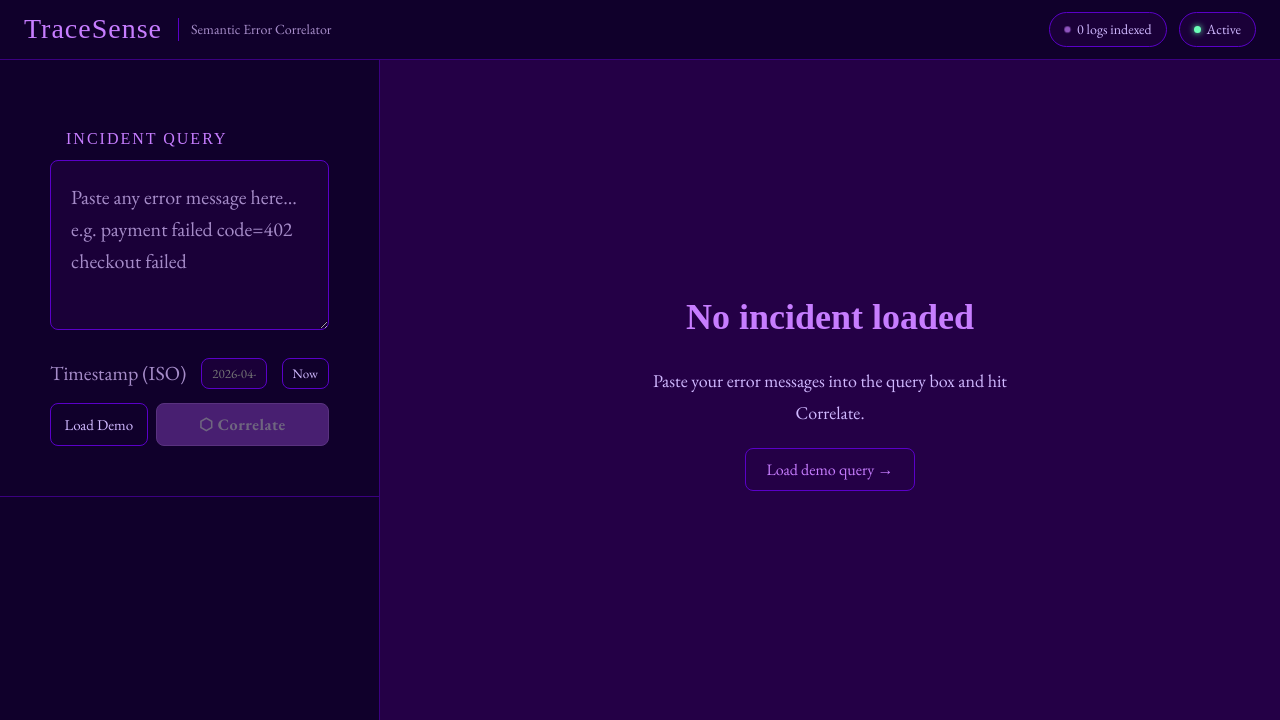
Repository: SaranyaM15/AI_Engineer_Journey
Page: / (app in tracesense/frontend/)
An editor plug-in stored every save of this project. The page is shown before and after the next save, followed by the edit.
The browser window is 1280 px wide. The pictures show the whole page.
The page's requests for data from a server got no answer. Some web fonts or font styles are not loaded; a fallback is used. The project was rebuilt for these pictures with package versions that can differ from the ones it lists, and the page was loaded fresh each time. No one was signed in, and anything a server would have sent is missing. Also part of the build but not shown: tracesense/frontend/vite.config.js, tracesense/frontend/src/components/Timeline.jsx, tracesense/frontend/src/components/LogFeed.jsx.

Above is the page before, as saved 2026-04-05 19:22:09.

### tracesense/frontend/src/index.css
*, *::before, *::after {
  box-sizing: border-box;
  margin: 0;
  padding: 0;
}

html, body, #root {
  height: 100%;
  overflow: hidden;
}

### tracesense/frontend/src/App.jsx
import { useState, useEffect } from "react";
import axios from "axios";
import Timeline from "./components/Timeline";
import QueryPanel from "./components/QueryPanel";
import LogFeed from "./components/LogFeed";
import "./App.css";

const API = "http://localhost:8000";

export default function App() {
  const [query, setQuery] = useState("");
  const [timestamp, setTimestamp] = useState("");
  const [cluster, setCluster] = useState(null);
  const [loading, setLoading] = useState(false);
  const [logCount, setLogCount] = useState(0);
  const [error, setError] = useState(null);
  const [simulatorRunning, setSimulatorRunning] = useState(false);

  useEffect(() => {
    fetchLogCount();
    const interval = setInterval(fetchLogCount, 5000);
    return () => clearInterval(interval);
  }, []);

  async function fetchLogCount() {
    try {
      const res = await axios.get(`${API}/logs/count`);
      setLogCount(res.data.total_logs_stored);
    } catch {
      // backend not reachable yet
    }
  }

  async function runCorrelation() {
    if (!query.trim()) return;
    setLoading(true);
    setError(null);
    setCluster(null);

    const ts = timestamp || new Date().toISOString();

    try {
      const res = await axios.post(`${API}/correlate`, {
        message: query,
        timestamp: ts,
      });
      setCluster(res.data);
    } catch (e) {
      setError("Could not reach backend. Make sure uvicorn is running on :8000");
    } finally {
      setLoading(false);
    }
  }

  function handleDemo() {
    setQuery("payment failed code=402 checkout failed");
    setTimestamp("2026-04-05T11:47:09.002Z");
  }

  return (
    <div className="app">
      {/* Top Bar */}
      <header className="topbar">
        <div className="topbar-left">

          <span className="logo-text">TraceSense</span>
          <span className="logo-sub">Semantic Error Correlator</span>
        </div>
        <div className="topbar-right">
          <div className="stat-pill">
            <span className="stat-dot pulse" />
            <span>{logCount.toLocaleString()} logs indexed</span>
          </div>
          <div className="status-pill">
            <span className="status-dot" />
            <span>Active</span>
          </div>
        </div>
      </header>

      <div className="layout">
        {/* Left Panel */}
        <aside className="left-panel">
          <QueryPanel
            query={query}
            setQuery={setQuery}
            timestamp={timestamp}
            setTimestamp={setTimestamp}
            onCorrelate={runCorrelation}
            onDemo={handleDemo}
            loading={loading}
          />
          {cluster && (
            <LogFeed cluster={cluster} />
          )}
        </aside>

        {/* Main Timeline */}
        <main className="main-panel">
          {!cluster && !loading && (
            <div className="empty-state">
              <div className="empty-icon">⬡</div>
              <h2>No incident loaded</h2>
              <p>
                Paste your error messages into the query box and hit Correlate.

              </p>
              <button className="demo-hint" onClick={handleDemo}>
                Load demo query →
              </button>
            </div>
          )}
          {loading && (
            <div className="empty-state">
              <div className="spinner" />
              <p>Correlating across services...</p>
            </div>
          )}
          {error && (
            <div className="empty-state error-state">
              <p>{error}</p>
            </div>
          )}
          {cluster && !loading && (
            <Timeline cluster={cluster} />
          )}
        </main>
      </div>
    </div>
  );
}

### tracesense/frontend/src/components/QueryPanel.jsx
export default function QueryPanel({
  query, setQuery, timestamp, setTimestamp,
  onCorrelate, onDemo, loading
}) {
  return (
    <div className="query-panel">
      <div className="panel-label">INCIDENT QUERY</div>

      <textarea
        className="query-input"
        placeholder="Paste any error message here...&#10;e.g. payment failed code=402 checkout failed"
        value={query}
        onChange={e => setQuery(e.target.value)}
        rows={4}
      />

      <div className="ts-row">
        <label className="ts-label">Timestamp (ISO)</label>
        <input
          className="ts-input"
          placeholder="2026-04-05T11:47:09.002Z"
          value={timestamp}
          onChange={e => setTimestamp(e.target.value)}
        />
        <button
          className="now-btn"
          onClick={() => setTimestamp(new Date().toISOString())}
        >
          Now
        </button>
      </div>

      <div className="btn-row">
        <button className="demo-btn" onClick={onDemo}>
          Load Demo
        </button>
        <button
          className="correlate-btn"
          onClick={onCorrelate}
          disabled={loading || !query.trim()}
        >
          {loading ? "Correlating..." : "⬡ Correlate"}
        </button>
      </div>


    </div>
  );
}

### tracesense/frontend/src/App.css
@import url('https://fonts.googleapis.com/css2?family=Boldonse&family=EB+Garamond:ital,wght@0,400;0,500;0,600;0,700;1,400&family=JetBrains+Mono:wght@400;500;700&display=swap');

/* ── Variables ── */
:root {
  --bg:         #240046;
  --bg2:        #10002B;
  --bg3:        #1a0038;
  --border:     #3b0080;
  --border2:    #5a00c8;
  --accent:     #c77dff;
  --accent2:    #9d4edd;
  --text:       #f5f0ff;
  --text2:      #d0b8ff;
  --text3:      #a68cc9;
  --mono:       'JetBrains Mono', monospace;
  --garamond:   'EB Garamond', serif;
  --display:    'Boldonse', cursive;
  --error:      #ff6b6b;
  --warn:       #ffd166;
  --info:       #6bffb8;
  --radius:     8px;
}

/* ── Reset ── */
*, *::before, *::after { box-sizing: border-box; margin: 0; padding: 0; }

body {
  background:  var(--bg);
  color:       var(--text);
  font-family: var(--garamond);
  font-size:   16px;
  line-height: 1.6;
  overflow:    hidden;
  height:      100vh;
}

#root { height: 100vh; display: flex; flex-direction: column; }

.app { display: flex; flex-direction: column; height: 100vh; overflow: hidden; }

/* ── Topbar ── */
.topbar {
  display:         flex;
  align-items:     center;
  justify-content: space-between;
  padding:         0 24px;
  height:          60px;
  background:      var(--bg2);
  border-bottom:   1px solid var(--border);
  flex-shrink:     0;
}

.topbar-left { display: flex; align-items: center; gap: 12px; }
.logo-icon   { display: none; }

.logo-text {
  font-family:    var(--display);
  font-size:      28px;
  letter-spacing: 1px;
  color:          var(--accent);
}

.logo-sub {
  color:        var(--text3);
  font-family:  var(--garamond);
  font-size:    14px;
  border-left:  1px solid var(--border2);
  padding-left: 12px;
  margin-left:  4px;
}

.topbar-right { display: flex; align-items: center; gap: 12px; }

.stat-pill, .status-pill {
  display:       flex;
  align-items:   center;
  gap:           6px;
  padding:       5px 14px;
  border-radius: 20px;
  border:        1px solid var(--border2);
  background:    var(--bg3);
  font-family:   var(--garamond);
  font-size:     14px;
  color:         var(--text2);
}

.stat-dot {
  width: 7px; height: 7px;
  border-radius: 50%;
  background: var(--accent);
}

.stat-dot.pulse { animation: dot-pulse 2s ease-in-out infinite; }

@keyframes dot-pulse {
  0%, 100% { opacity: 1; transform: scale(1); }
  50%       { opacity: 0.4; transform: scale(0.8); }
}

.status-dot {
  width: 7px; height: 7px;
  border-radius: 50%;
  background: var(--info);
  box-shadow: 0 0 6px var(--info);
}

/* ── Layout ── */
.layout { display: flex; flex: 1; overflow: hidden; }

/* ── Left Panel ── */
.left-panel {
  width:          380px;
  flex-shrink:    0;
  background:     var(--bg2);
  border-right:   1px solid var(--border);
  display:        flex;
  flex-direction: column;
  overflow:       hidden;
}

.panel-label {
  font-family:    var(--display);
  font-size:      16px;
  letter-spacing: 2px;
  color:          var(--accent);
  padding:        16px 16px 8px;
  display:        flex;
  align-items:    center;
  gap:            8px;
}

.count-badge {
  background:    var(--accent2);
  color:         white;
  border-radius: 10px;
  padding:       2px 9px;
  font-family:   var(--garamond);
  font-size:     13px;
}

/* ── Query Panel ── */
.query-panel {
  padding:       50px;
  border-bottom: 1px solid var(--border);
  flex-shrink:   0;
}

.query-input {
  width:         100%;
  background:    var(--bg3);
  border:        1px solid var(--border2);
  border-radius: var(--radius);
  color:         var(--text);
  font-family:   var(--garamond);
  font-size:     20px;
  padding:       20px 20px;
  resize:        vertical;
  outline:       none;
  transition:    border-color 0.2s;
  line-height:   1.6;
}

.query-input:focus         { border-color: var(--accent); }
.query-input::placeholder  { color: var(--text3); }

.ts-row { display: flex; align-items: center; gap: 15px; margin-top: 20px; }

.ts-label {
  font-family: var(--garamond);
  font-size:   20px;
  color:       var(--text3);
  white-space: nowrap;
}

.ts-input {
  flex:          1;
  background:    var(--bg3);
  border:        1px solid var(--border2);
  border-radius: var(--radius);
  color:         var(--text2);
  font-family:   var(--garamond);
  font-size:     13px;
  padding:       6px 10px;
  outline:       none;
  min-width:     0;
}

.ts-input:focus { border-color: var(--accent); }

.now-btn {
  background:    transparent;
  border:        1px solid var(--border2);
  border-radius: var(--radius);
  color:         var(--text2);
  font-family:   var(--garamond);
  font-size:     13px;
  padding:       6px 10px;
  cursor:        pointer;
  white-space:   nowrap;
  transition:    all 0.15s;
}

.now-btn:hover { border-color: var(--accent); color: var(--accent); }

.btn-row { display: flex; gap: 8px; margin-top: 14px; }

.demo-btn {
  flex:          1;
  background:    transparent;
  border:        1px solid var(--border2);
  border-radius: var(--radius);
  color:         var(--text2);
  font-family:   var(--garamond);
  font-size:     15px;
  padding:       10px;
  cursor:        pointer;
  transition:    all 0.15s;
}

.demo-btn:hover { border-color: var(--accent); color: var(--accent); }

.correlate-btn {
  flex:           2;
  background:     var(--accent2);
  border:         1px solid var(--accent);
  border-radius:  var(--radius);
  color:          white;
  font-family:    var(--garamond);
  font-size:      16px;
  font-weight:    700;
  padding:        10px;
  cursor:         pointer;
  transition:     all 0.15s;
  letter-spacing: 0.5px;
}

.correlate-btn:hover:not(:disabled) {
  background: var(--accent);
  box-shadow: 0 0 20px var(--accent2);
}

.correlate-btn:disabled { opacity: 0.4; cursor: not-allowed; }

/* ── Log Feed ── */
.log-feed { flex: 1; overflow: hidden; display: flex; flex-direction: column; }

.log-list {
  flex: 1; overflow-y: auto; padding: 8px;
  display: flex; flex-direction: column; gap: 6px;
}

.log-list::-webkit-scrollbar       { width: 4px; }
.log-list::-webkit-scrollbar-track { background: transparent; }
.log-list::-webkit-scrollbar-thumb { background: var(--border2); border-radius: 2px; }

.log-card {
  background:    var(--bg3);
  border:        1px solid var(--border);
  border-radius: var(--radius);
  padding:       10px;
  transition:    border-color 0.15s;
  animation:     slide-in 0.3s ease both;
}

@keyframes slide-in {
  from { opacity: 0; transform: translateX(-10px); }
  to   { opacity: 1; transform: translateX(0); }
}

.log-card:hover { border-color: var(--border2); }

.log-card-top { display: flex; align-items: center; gap: 6px; margin-bottom: 5px; }

.log-icon    { font-size: 15px; }
.log-level   { font-family: var(--mono); font-size: 11px; font-weight: 700; letter-spacing: 1px; }
.log-service { flex: 1; font-family: var(--garamond); font-size: 14px; color: var(--text2); }
.log-score   { font-family: var(--garamond); font-size: 14px; color: var(--accent); font-weight: 700; }

.log-message {
  font-family:   var(--garamond);
  font-size:     14px;
  color:         var(--text);
  line-height:   1.5;
  word-break:    break-word;
  margin-bottom: 6px;
}

.log-meta {
  display: flex; justify-content: space-between; align-items: center;
  font-family: var(--garamond); font-size: 12px; color: var(--text3);
}

.score-bars      { display: flex; gap: 8px; }
.score-bars span { color: var(--text3); }

.conf-bar-bg {
  height: 3px; background: var(--border);
  border-radius: 2px; margin-top: 6px; overflow: hidden;
}

.conf-bar-fill {
  height: 100%;
  background: linear-gradient(90deg, var(--accent2), var(--accent));
  border-radius: 2px; transition: width 0.5s ease;
}

/* ── Main Panel ── */
.main-panel {
  flex:        1;
  overflow-y:  auto;
  font-family: var(--garamond);
  font-size:   16px;
  color:       var(--text);
  padding:     28px;
}

.main-panel::-webkit-scrollbar       { width: 5px; }
.main-panel::-webkit-scrollbar-track { background: transparent; }
.main-panel::-webkit-scrollbar-thumb { background: var(--border2); border-radius: 3px; }

/* ── Empty State ── */
.empty-state {
  display: flex; flex-direction: column;
  align-items: center; justify-content: center;
  height: 100%; gap: 18px; text-align: center;
  animation: fade-in 0.4s ease;
}

@keyframes fade-in { from { opacity: 0; } to { opacity: 1; } }

.empty-icon { display: none; }

.empty-state h2 {
  font-family: var(--display);
  font-size:   36px;
  color:       var(--accent);
}

.empty-state p {
  max-width:   420px;
  font-family: var(--garamond);
  color:       var(--text2);
  font-size:   18px;
  line-height: 1.8;
}

.demo-hint {
  background:    transparent;
  border:        1px solid var(--border2);
  border-radius: var(--radius);
  color:         var(--accent);
  font-family:   var(--garamond);
  font-size:     16px;
  padding:       10px 20px;
  cursor:        pointer;
  transition:    all 0.15s;
}

.demo-hint:hover { border-color: var(--accent); box-shadow: 0 0 14px var(--accent2); }

.error-state { color: var(--error); font-size: 16px; }

/* ── Spinner ── */
.spinner {
  width: 40px; height: 40px;
  border: 3px solid var(--border2);
  border-top: 3px solid var(--accent);
  border-radius: 50%;
  animation: spin 0.8s linear infinite;
}

@keyframes spin { to { transform: rotate(360deg); } }

/* ── Timeline ── */
.timeline-wrap {
  display: flex; flex-direction: column;
  gap: 24px; animation: fade-in 0.4s ease;
}

.timeline-header { border-bottom: 1px solid var(--border); padding-bottom: 18px; }

.tl-title {
  font-family:   var(--display);
  font-size:     32px;
  color:         var(--accent);
  display:       flex;
  align-items:   center;
  gap:           14px;
  margin-bottom: 8px;
}

.tl-badge {
  font-family:   var(--garamond);
  font-size:     14px;
  font-weight:   600;
  background:    var(--accent2);
  color:         white;
  padding:       3px 12px;
  border-radius: 10px;
}

.tl-query {
  font-family:   var(--garamond);
  font-size:     15px;
  color:         var(--text2);
  overflow:      hidden;
  text-overflow: ellipsis;
  white-space:   nowrap;
  max-width:     800px;
}

.tl-query em { color: var(--accent); font-style: italic; }

/* ── Swim Lanes ── */
.swim-container { display: flex; flex-direction: column; }

.swim-lane {
  display: flex; align-items: stretch;
  min-height: 90px; border-bottom: 1px solid var(--border);
}

.swim-lane:last-child { border-bottom: none; }

.lane-label {
  width:       180px;
  flex-shrink: 0;
  display:     flex;
  align-items: center;
  gap:         10px;
  padding:     16px 14px;
  border-left: 3px solid transparent;
  font-family: var(--garamond);
  font-size:   15px;
  color:       var(--text2);
  background:  var(--bg2);
}

.lane-dot { width: 9px; height: 9px; border-radius: 50%; flex-shrink: 0; }

.lane-track {
  flex: 1; position: relative; padding: 16px 20px;
  display: flex; flex-direction: column; gap: 12px;
}

.lane-line {
  position: absolute; left: 0; right: 0; top: 50%;
  height: 1px; border-top: 1px dashed;
  pointer-events: none; z-index: 0;
}

.lane-event {
  display: flex; align-items: flex-start;
  gap: 14px; position: relative; z-index: 1;
}

.event-dot {
  width: 16px; height: 16px;
  border-radius: 50%; border: 2px solid;
  flex-shrink: 0; margin-top: 4px;
  cursor: pointer; transition: transform 0.15s;
}

.event-dot:hover { transform: scale(1.4); }

.event-card {
  background:    var(--bg3);
  border:        1px solid var(--border);
  border-left:   3px solid;
  border-radius: var(--radius);
  padding:       10px 14px;
  flex:          1;
  animation:     slide-in 0.3s ease both;
}

.event-card-top {
  display: flex; align-items: center;
  gap: 10px; margin-bottom: 6px;
}

.event-level {
  font-family:    var(--mono);
  font-size:      11px;
  font-weight:    700;
  letter-spacing: 1.5px;
}

.event-time  { font-family: var(--garamond); font-size: 13px; color: var(--text3); }
.event-score { font-family: var(--garamond); font-size: 13px; color: var(--accent); margin-left: auto; font-weight: 600; }

.event-message {
  font-family: var(--garamond);
  font-size:   15px;
  font-weight: 500;
  color:       var(--text);
  word-break:  break-word;
  line-height: 1.6;
}

/* ── Root Cause Banner ── */
.root-cause-banner {
  display:       flex;
  align-items:   center;
  gap:           14px;
  background:    linear-gradient(135deg, #2d0060, #10002b);
  border:        1px solid var(--accent2);
  border-radius: var(--radius);
  padding:       14px 20px;
  box-shadow:    0 0 28px #9d4edd22;
}

.rc-label {
  font-family:    var(--mono);
  color:          var(--accent);
  font-weight:    700;
  letter-spacing: 1px;
  font-size:      11px;
  white-space:    nowrap;
}

.rc-service {
  background:    var(--accent2);
  color:         white;
  padding:       3px 12px;
  border-radius: 10px;
  font-family:   var(--garamond);
  font-size:     14px;
  font-weight:   600;
  white-space:   nowrap;
}

.rc-message {
  flex:          1;
  color:         var(--text2);
  font-family:   var(--garamond);
  font-size:     15px;
  font-weight:   500;
  overflow:      hidden;
  text-overflow: ellipsis;
  white-space:   nowrap;
}

.rc-time {
  color:       var(--text3);
  font-family: var(--garamond);
  font-size:   13px;
  white-space: nowrap;
}

/* ── Canvas ── */
.connector-canvas { z-index: 2; }

Loaded but not shown: tracesense/frontend/src/main.jsx (common file)

After the next save:
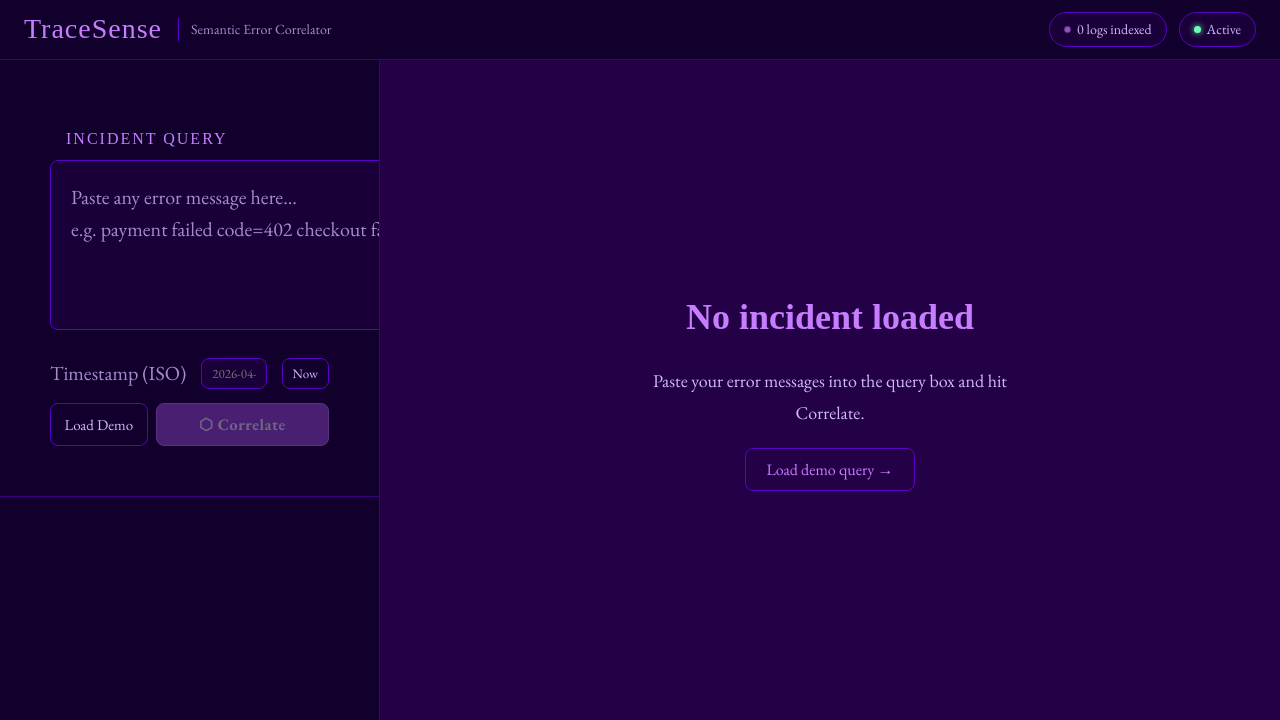
Saved 11 s later.
--- a/tracesense/frontend/src/App.css
+++ b/tracesense/frontend/src/App.css
@@ -146,7 +146,7 @@
 }
 
 .query-input {
-  width:         100%;
+  width:         150%;
   background:    var(--bg3);
   border:        1px solid var(--border2);
   border-radius: var(--radius);

After the save that followed:
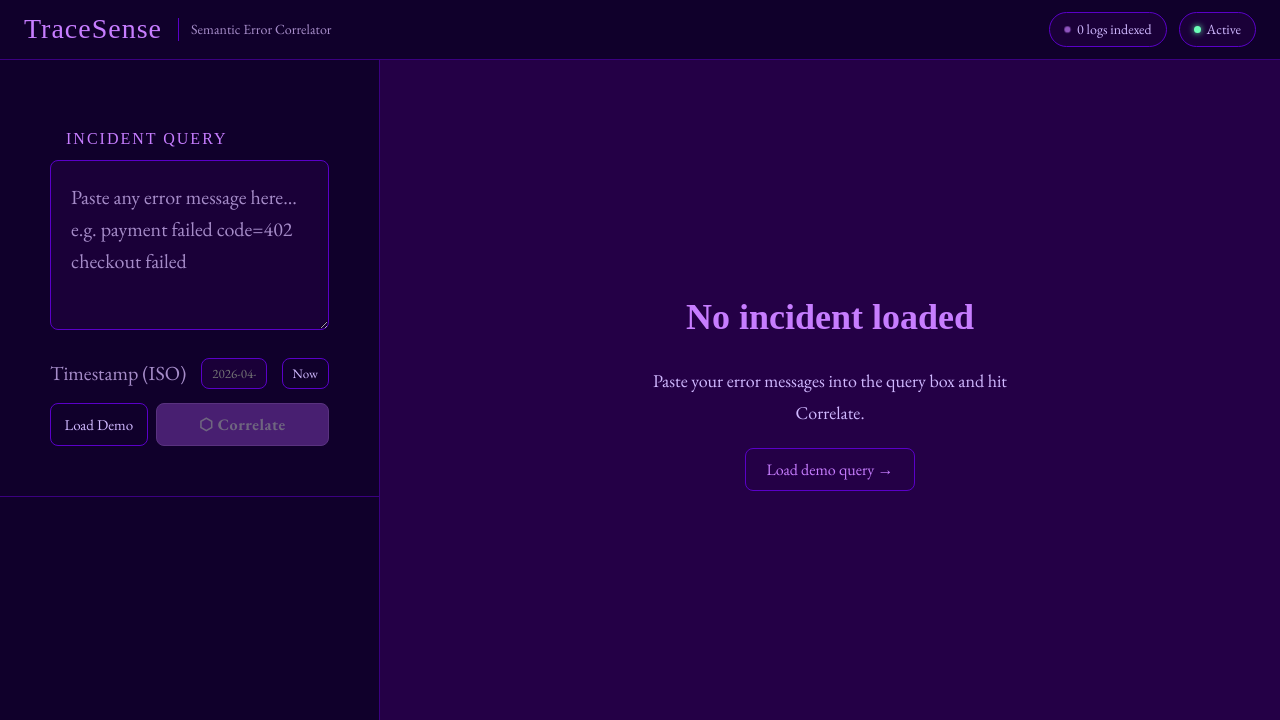
Saved 7 s later.
--- a/tracesense/frontend/src/App.css
+++ b/tracesense/frontend/src/App.css
@@ -146,7 +146,7 @@
 }
 
 .query-input {
-  width:         150%;
+  width:         100%;
   background:    var(--bg3);
   border:        1px solid var(--border2);
   border-radius: var(--radius);
